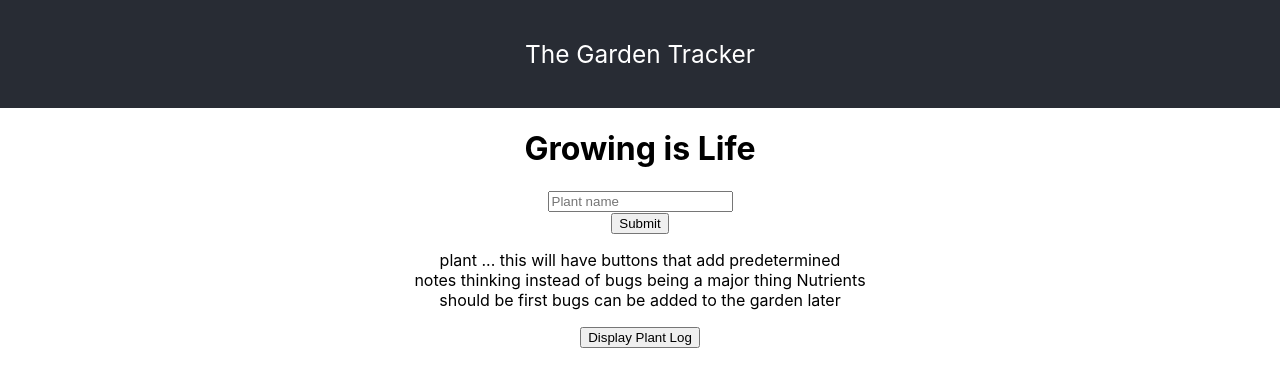
Repository: charliejp0311/gardentracker
Page: /harvest
The author's editor kept a copy of each file at every save. The page is drawn from the files as they stood at one save, then again after the next save.
The browser window is 1280 px wide. The pictures show the whole page.
The project was rebuilt for these pictures with package versions that can differ from the ones it lists, and the page was loaded fresh each time. Also part of the build but not shown: src/components/CreateNote.js.

Above is the page before, as saved 2020-10-28 08:51:27.

After the next save:
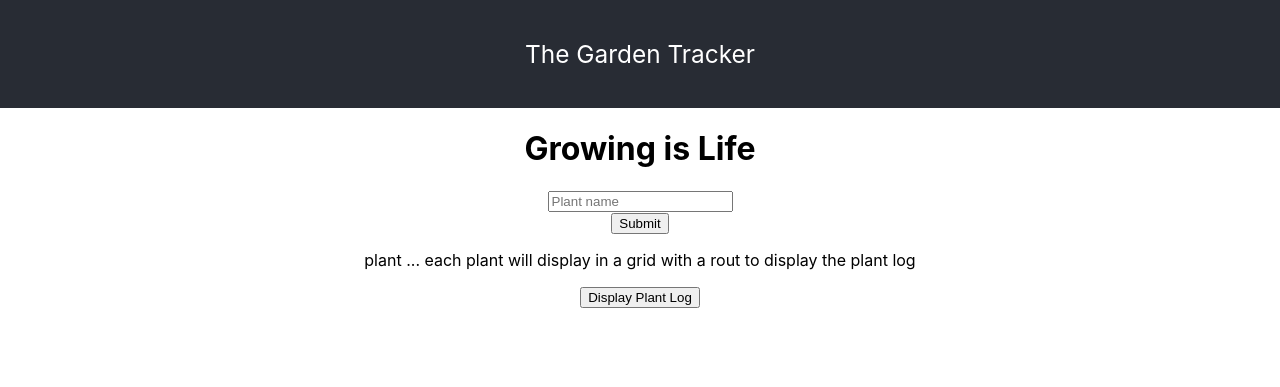
Saved 56 s later.
--- a/src/components/Plant.js
+++ b/src/components/Plant.js
@@ -10,9 +10,7 @@ class Plant extends Component {
     render(){
         return(
             <div>
-                <p>plant ... this will have buttons that add predetermined <br/>
-                   notes thinking instead of bugs being a major thing Nutrients <br/>
-                   should be first bugs can be added to the garden later<br/>
+                <p>plant ... each plant will display in a grid with a rout to display the plant log
                 </p>
                 {/* all buttons need to call add note but with individual types the type will determine the action taken */}
                 {/* <CreateNote /> */}
